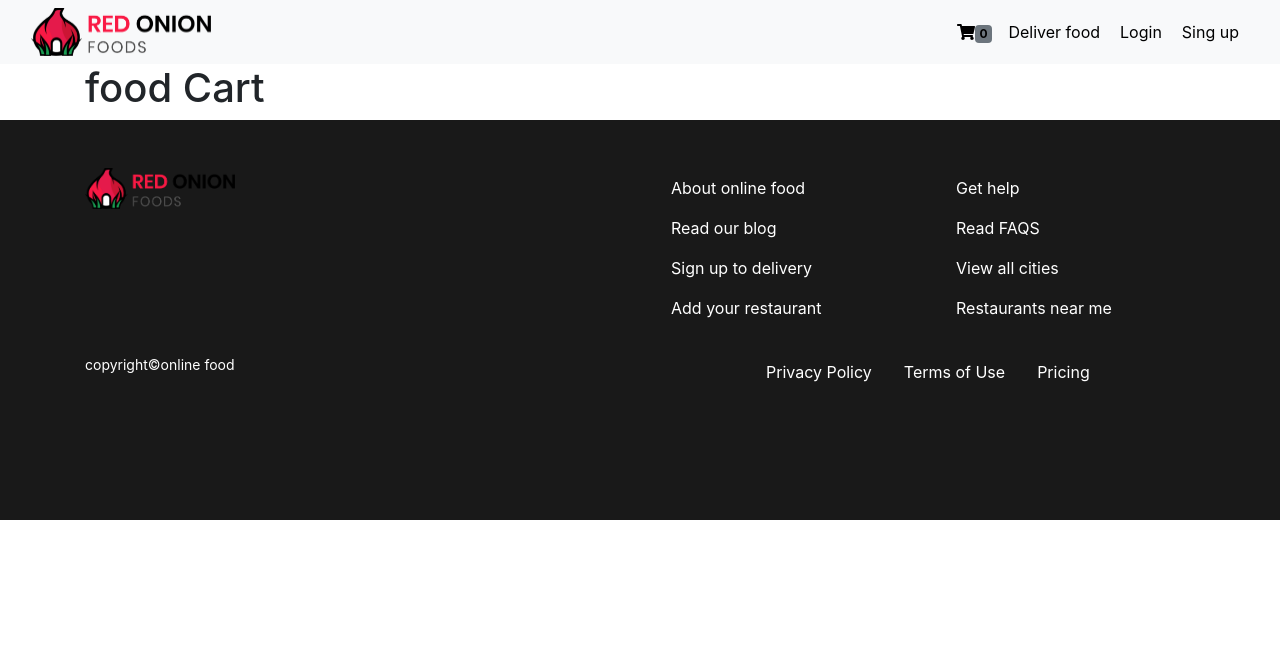
Repository: arif286/red-onion-client
Page: /cart
These files come from the project's save history. The page is drawn as it stood at one moment and after the next save; the edit follows.
The browser window is 1280 px wide. The pictures show the whole page.
The project was rebuilt for these pictures with package versions that can differ from the ones it lists, and the page was loaded fresh each time. Also part of the build but not shown: src/App.css, src/components/SearchBar/SearchBar.css, src/components/SearchBar/SearchBar.js, src/components/FoodDetails/FoodDetail.css, src/components/FoodDetails/FoodDetail.js, src/components/DeliveryFood/DeliveryFood.js, src/components/Food/Food.css, src/components/Food/FoodItem.js and 9 more.

Above is the page before, as saved 2021-03-30 03:08:46.

### src/App.js
import "bootstrap/dist/css/bootstrap.min.css";
import React, { createContext, useState } from "react";
import { BrowserRouter as Router, Route, Switch } from "react-router-dom";
import './App.css';
import Cart from "./components/Cart/Cart";
import FoodDetail from "./components/FoodDetails/FoodDetail";
import Footer from "./components/Footer/Footer";
import Header from "./components/Header/Header";
import Home from './components/Home/Home';
import Login from "./components/LogIn/Login";
import SingUp from "./components/SingUp/SingUp";


export const UserContext = createContext();
function App() {
  const [loggedInUser, setLoggedInUser] = useState({});
  return (
    <UserContext.Provider value={[loggedInUser, setLoggedInUser]}>
      <Router>
        <Header />
        <Switch>
          <Route path="/home">
            <Home />
          </Route>
          <Route path="/signUp">
            <SingUp />
          </Route>
          <Route path="/login">
            <Login />
          </Route>
          <Route path="/food/details/:foodId">
            <FoodDetail />
          </Route>
          <Route path='/cart'>
            <Cart/>
          </Route>
          <Route exact path="/">
            <Home/>
          </Route>
        </Switch>
        <Footer />
      </Router>
    </UserContext.Provider>
  );

}

export default App;

### src/components/Cart/Cart.js
import React, { useContext } from 'react';
import { useForm } from 'react-hook-form';
import { UserContext } from '../../App';

const Cart = () => {
    const [loggedInUser, setLoggedInUser] = useContext(UserContext);
    const { count, foodItem } = loggedInUser;

    const { register, handleSubmit, errors } = useForm();

    const onSubmit = (data) => {
        console.log(data)
    }
    return (
      <div className="container">
        <div className="row justify-content-between">
          <div className="col-md-6 col-sm-12">
                    <form onSubmit={handleSubmit(onSubmit)}>

            </form>
          </div>
          <div className="col-md-4 col-sm-12"></div>
        </div>
        <h1>food Cart</h1>
      </div>
    );
};

export default Cart;

### src/components/Footer/Footer.js
import React from 'react';
import { NavLink } from 'react-bootstrap';
import Logo from '../../onion-restaurent/logo2.png';
import './Footer.css';

const Footer = () => {
    return (
      <footer>
        <div className="container">
          <div className="row pt-5">
            <div className="col-md-6 col-sm-12 pb-4">
              <img className="footer-img" src={Logo} alt="" />
            </div>
            <div className="col-md-3 col-sm-12 pb-4">
              <ul className="nav flex-column">
                <li className="nav-item">
                  <NavLink
                    className="nav-link active footer-link"
                    aria-current="page"
                    to="/"
                  >
                    About online food
                  </NavLink>
                </li>
                <li className="nav-item">
                  <NavLink className="nav-link footer-link" to="/">
                    Read our blog
                  </NavLink>
                </li>
                <li className="nav-item">
                  <NavLink className="nav-link footer-link" to="/">
                    Sign up to delivery
                  </NavLink>
                </li>
                <li className="nav-item">
                  <NavLink className="nav-link footer-link" to="/">
                    Add your restaurant
                  </NavLink>
                </li>
              </ul>
            </div>
            <div className="col-md-3 col-sm-12 pb-4">
              <ul className="nav flex-column">
                <li className="nav-item">
                  <NavLink
                    className="nav-link footer-link"
                    aria-current="page"
                    to="/"
                  >
                    Get help
                  </NavLink>
                </li>
                <li className="nav-item">
                  <NavLink className="nav-link footer-link" to="/">
                    Read FAQS
                  </NavLink>
                </li>
                <li className="nav-item">
                  <NavLink className="nav-link footer-link" to="/">
                    View all cities
                  </NavLink>
                </li>
                <li className="nav-item">
                  <NavLink className="nav-link footer-link" to="/">
                    Restaurants near me
                  </NavLink>
                </li>
              </ul>
            </div>
          </div>

          <div className="row">
            <div className="col-md-7">
              <p className='copy-right'>
                <small>
                  copyright<span>&#169;</span>online food
                </small>
              </p>
            </div>
            <div className="col-md-5">
              <div className='d-flex'>
                <NavLink className="footer-link">Privacy Policy</NavLink>
                <NavLink className="footer-link">Terms of Use</NavLink>
                <NavLink className="footer-link">Pricing</NavLink>
              </div>
            </div>
          </div>
        </div>
      </footer>
    );
};

export default Footer;

### src/components/Header/Header.js
import { faShoppingCart } from "@fortawesome/free-solid-svg-icons";
import { FontAwesomeIcon } from "@fortawesome/react-fontawesome";
import React from 'react';
import { NavLink } from "react-router-dom";
import logo from '../../onion-restaurent/logo2.png';
import './Header.css';
const cart = <FontAwesomeIcon icon={faShoppingCart} />;
const Header = () => {
    const header = {
        logo : {width: '180px'}
    }
    return (
      <div>
        <nav className="navbar navbar-expand-lg navbar-light bg-light">
          <div className="container-fluid">
            <div>
              <img style={header.logo} src={logo} alt="" />
            </div>
            <button
              className="navbar-toggler"
              type="button"
              data-bs-toggle="collapse"
              data-bs-target="#navbarNav"
              aria-controls="navbarNav"
              aria-expanded="false"
              aria-label="Toggle navigation"
            >
              <span className="navbar-toggler-icon"></span>
            </button>
            <div
              className="collapse  navbar-collapse justify-content-end"
              id="navbarNav"
            >
              <ul className="navbar-nav align-items-center">
                <li className="nav-item">
                  <button className=" cart-btn" to="/">
                    {cart}
                    <small className="badge bg-secondary">0</small>
                  </button>
                </li>
                <li className="nav-item">
                  <NavLink className="header-link" to="/cart">
                    Deliver food
                  </NavLink>
                </li>
                <li className="nav-item">
                  <NavLink className="header-link" to="/login">
                    Login
                  </NavLink>
                </li>
                <li className="nav-item">
                  <NavLink className="header-link" to="/signUp">
                    Sing up
                  </NavLink>
                </li>
              </ul>
            </div>
          </div>
        </nav>
      </div>
    );
};

export default Header;

### src/components/Footer/Footer.css
.footer-img {
  width: 150px;
}
footer {
  background-color: #191919;
  height: 400px;
}
.footer-link {
  color: white;
}
.footer-link:hover {
  color: #878787;
}
.copy-right {
  color: white;
}

### src/components/Header/Header.css
.header-link {
  color: black;
  display: inline-block;
  padding: 10px;
}
.header-link:hover {
  text-decoration: none;
  color: #777777;
}
.cart-btn {
  border: none;
  background: none;
}

Loaded but not shown: public/index.html (common file); src/index.js (common file); src/index.css (common file); src/reportWebVitals.js (common file)

After the next save:
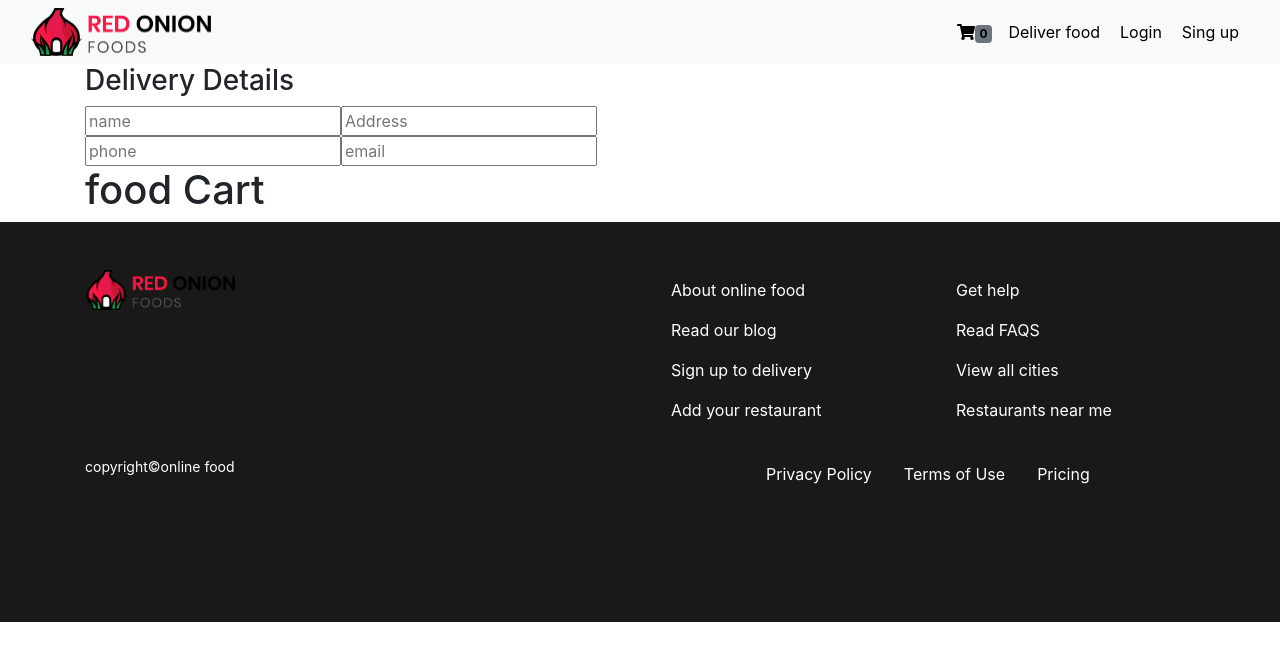
Saved 7 min 45 s later.
--- a/src/components/Cart/Cart.js
+++ b/src/components/Cart/Cart.js
@@ -14,11 +14,16 @@ const Cart = () => {
     return (
       <div className="container">
         <div className="row justify-content-between">
-          <div className="col-md-6 col-sm-12">
-                    <form onSubmit={handleSubmit(onSubmit)}>
+            <div className="col-md-6 col-sm-12">
+                <h3>Delivery Details</h3>
+                <form onSubmit={handleSubmit(onSubmit)}>
+                    <input type='text' placeholder='name'/>
+                    <input type='text' placeholder='Address'/>
+                    <input type='phone' placeholder='phone'/>
+                    <input type='email' placeholder='email'/>
 
-            </form>
-          </div>
+                </form>
+            </div>
           <div className="col-md-4 col-sm-12"></div>
         </div>
         <h1>food Cart</h1>
